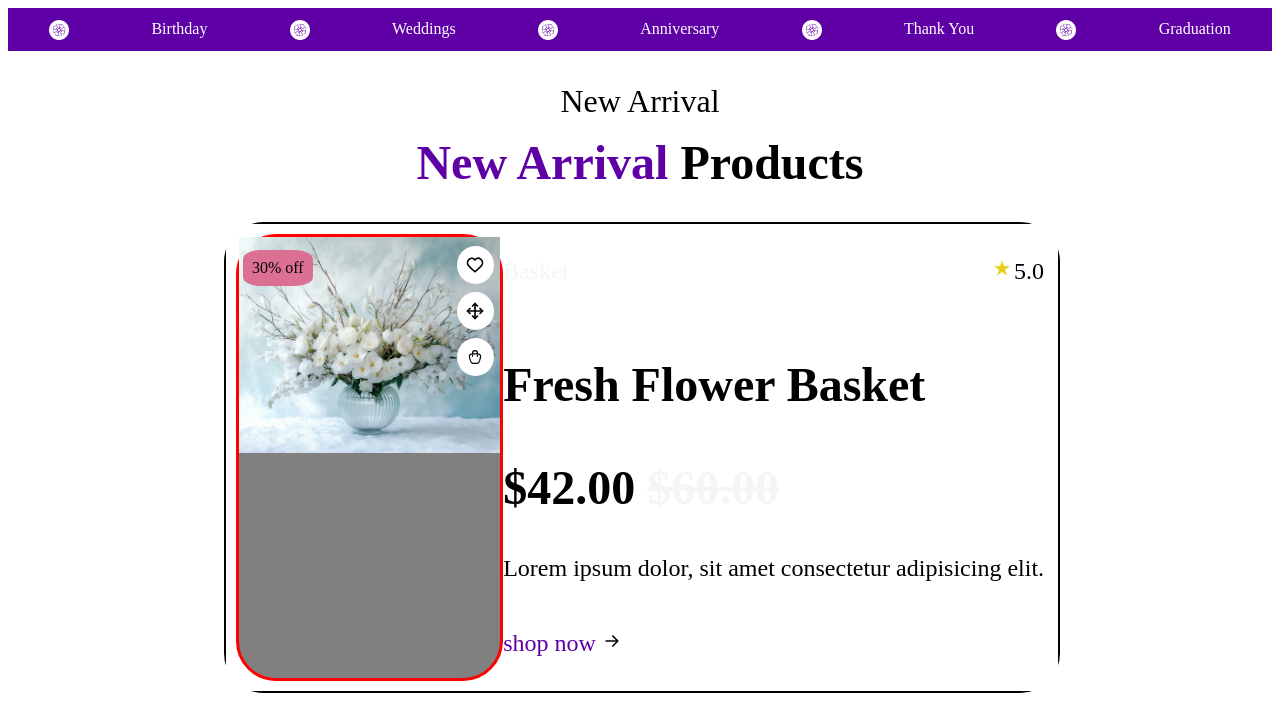
Repository: KolawoleTemilade/classroom-learning
Page: newarrival/index.html
An editor plug-in stored every save of this project. The page is shown before and after the next save, followed by the edit.
The browser window is 1280 px wide. The pictures show the whole page.

Above is the page before, as saved 2025-10-01 23:46:17.

### newarrival/index.html
<!DOCTYPE html>
<html lang="en">
  <head>
    <meta charset="UTF-8" />
    <meta name="viewport" content="width=h, initial-scale=1.0" />
    <title>new arrival</title>
    <link rel="stylesheet" href="style.css" />
  </head>
  <body>
    <section class="new-arrival-sect">
      <div class="marq-sect">
        <div class="marque">
          <img
            src="../newarrival/images/icons/marqueflower.png"
            alt="flower-icon"
            width="20"
            height="20"
          />
          <span>birthday</span>
          <img
            src="../newarrival/images/icons/marqueflower.png"
            alt="flower-icon"
            width="20"
            height="20"
          />
          <span>weddings</span>
          <img
            src="../newarrival/images/icons/marqueflower.png"
            alt="flower-icon"
            width="20"
            height="20"
          />
          <span>anniversary</span>
          <img
            src="../newarrival/images/icons/marqueflower.png"
            alt="flower-icon"
            width="20"
            height="20"
          />
          <span>thank you</span>
          <img
            src="../newarrival/images/icons/marqueflower.png"
            alt="flower-icon"
            width="20"
            height="20"
          />
          <span>graduation</span>
        </div>
      </div>
      <div class="new-arrival">
        <div class="new-arrival-title">
          <p class="title1">
            new arrival
            <span class="title2"
              >new arrival <span class="product-title">products</span></span
            >
          </p>
        </div>
        <div class="new-arrival-product-card">
          <div class="product-card">
            <div class="img-sect">
              <img
                src="./images/new-arrival/flower1.png"
                alt="flower1"
                width="200"
                height="2 ,8>00"
              />
              <div class="absolute-container">
                <p class="slash">30% off</p>
                <div class="icons-sec">
                  <div class="icons">
                    <img
                      src="./images/icons/heart.svg"
                      alt="heart"
                      width="20"
                      height="20"
                    />
                  </div>
                  <div class="icons">
                    <img
                      src="./images/icons/crossedarrow.svg"
                      alt="arrow"
                      width="20"
                      height="20"
                    />
                  </div>
                  <div class="icons">
                    <img
                      src="./images/icons/shoppingbag.svg"
                      alt="shoppingbag"
                      width="20"
                      height="20"
                    />
                  </div>
                </div>
              </div>
            </div>
            <div class="text-sect">
                <div class="basket-sec">
                    <p>
                        basket
                    </p>
                    <div class="rating-sec">
                        <img src="./images/icons/ratings.svg" alt="ratings" width="20" height="20" >
                        <span>5.0</span>
                    </div>
                </div>
                <div class="fresh-flower-sec">
                    <h3 >
                        fresh flower basket
                    </h3>
                    <h2>
                        $42.00 <span class="slashed"> $60.00</span>
                    </h2>
                    <p>
                        Lorem ipsum dolor, sit amet consectetur adipisicing elit.
                    </p>
                    <div class="shop-btn">
                        <p>shop now <span><img src="./images/icons/rightarrow.svg" alt="right arrow" width="20" height="20"></span></p>
                    </div>
                </div>

            </div>
          </div>
        </div>
      </div>
    </section>
  </body>
</html>

### newarrival/style.css
.new-arrival-sect{
    display: flex;
    flex-direction: column;
    align-items: center;
    justify-content: center;
}

.marq-sect{
    background-color: #5E00A6;
    height:6vh;
    width: 100%;
    align-content: center;
}
.marque {
    display: flex;
    align-content: center;
    justify-content:space-around ;
}
.marque > span {
    text-transform: capitalize;
    color: white;
}
.title1{
    font-size: 2rem;
    display: flex;
    flex-direction: column;
    align-items: center;
    justify-content: center;
    gap: 15px;
    text-transform: capitalize;
}
.title2 {
    font-size: 3rem;
    color: #5E00A6;
    font-weight: 700;
}
.product-title{
    color: black;
    font-size: 3rem;
    font-weight: 700;
}
.new-arrival-product-card{
    width: 100%;
    border: 2px solid black;
    border-radius: 40px;
}

.product-card {
    display: flex;
    padding: 10px;
    background: white;
}
.img-sect {
    position: relative;
    border: 3px solid red;
    border-radius: 40px;
    background-color: gray;

}
.img-sect >img{
    width: 100%;
    height: 30vh;
}
.absolute-container > p{
   padding: 8px;
}
.slash {
    position: absolute;
    top: 2%;
    background: palevioletred;
    padding: 8px;
    width: 20%;
    margin: 4px;
    border: 1px solid transparent;
    border-radius: 25%;
}

.icons-sec {
    position: absolute;
    top: 2%;
    right: 2%;
    display: flex;
    flex-direction: column;
    gap: 8px;
}
.icons {
    padding: 8px;
    width: 50%;
    border: 1px solid transparent;
    border-radius: 50%;
    background: white;
    display: flex;
    align-items: center;
    justify-content: center;

}
.text-sec{
    width: 100%;
    padding: 10px;
}
.basket-sec {
    display: flex;
    justify-content: space-between;
    align-items: center;
}
.basket-sec > p{
    text-transform: capitalize;
    color: whitesmoke;
    font-size: 1.5rem;
}
.rating-sec {
    display: flex;
    gap: 2px;
    font-size: 1.5rem;
}
.fresh-flower-sec >h3 {
 font-size: 3rem;
 text-transform: capitalize;
}
.fresh-flower-sec >h2{
    font-size: 3rem;
}
.slashed {
    color: whitesmoke;
    text-decoration: line-through;
}
.fresh-flower-sec > p{
    font-size: 1.5rem;
}
.shop-btn {
    color: #5E00A6;
    display: flex;
    align-items: center;
    font-size: 1.5rem;
}

After the next save:
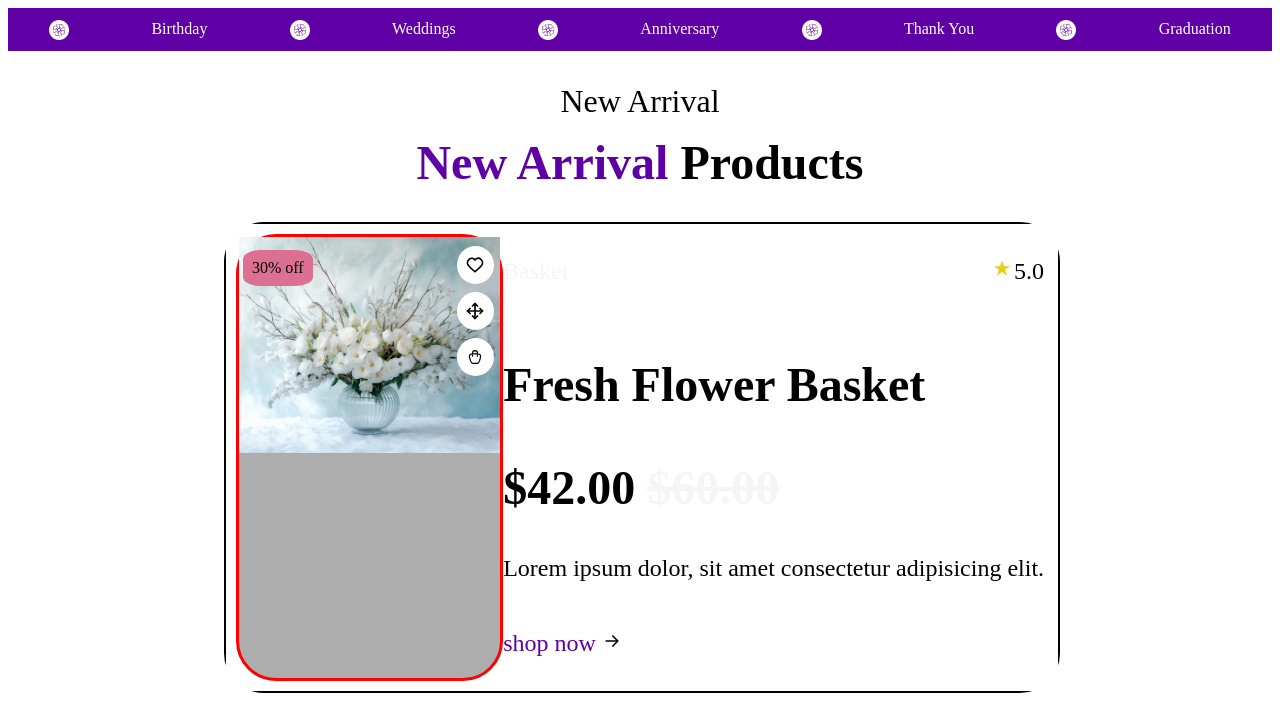
Saved 5 s later.
--- a/newarrival/style.css
+++ b/newarrival/style.css
@@ -54,7 +54,7 @@
     position: relative;
     border: 3px solid red;
     border-radius: 40px;
-    background-color: gray;
+    background-color: rgba(128, 128, 128, 0.642);
 
 }
 .img-sect >img{
